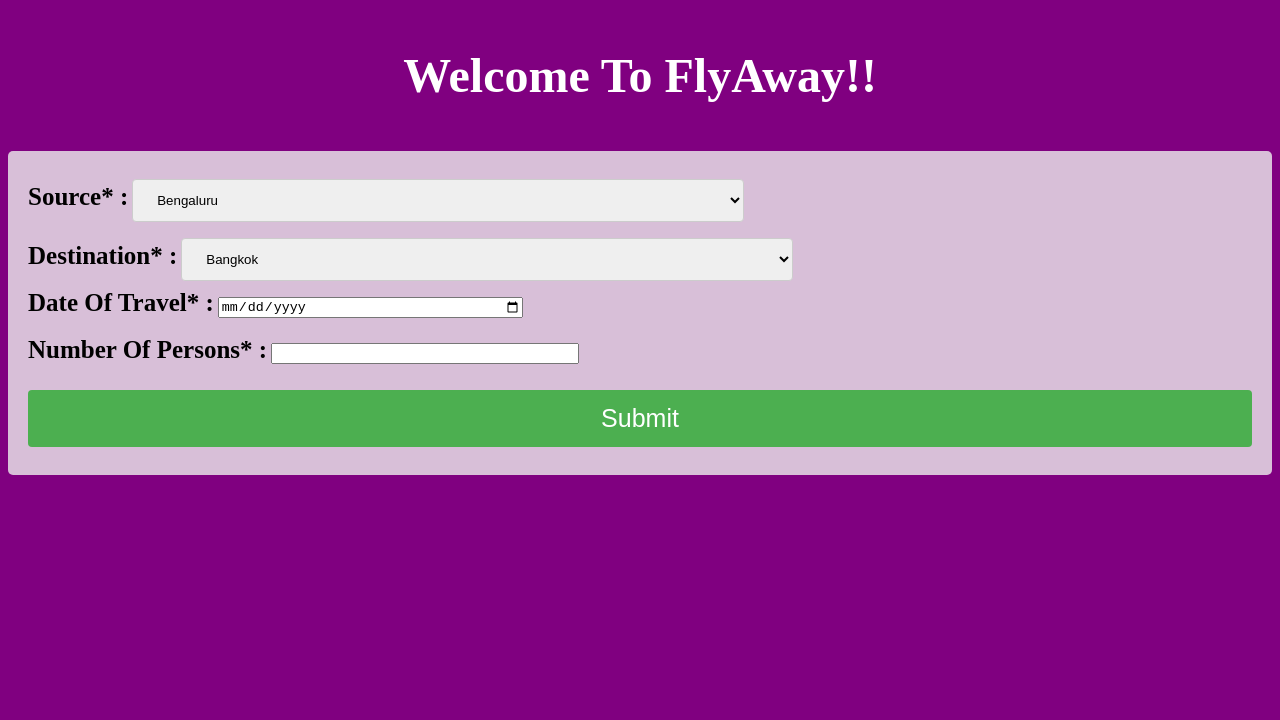
Repository: KanimozhiThandapani/Phase2AirlineBookingProject
Page: http://localhost/AirlineBooking/homepage.jsp
The author's editor kept a copy of each file at every save. The page is drawn from the files as they stood at one save, then again after the next save.
The browser window is 1280 px wide. The pictures show the whole page.
The page is served by Tomcat 9. Other server files are loaded and not shown.

Above is the page before, as saved 2022-04-22 10:40:27.

### AirlineBooking/WebContent/homepage.jsp
<!DOCTYPE html>
<html>
<style>
input[type=text], select {
  width: 50%;
  padding: 12px 20px;
  margin: 8px 0;
  display: inline-block;
  border: 1px solid #ccc;
  border-radius: 4px;
  box-sizing: border-box;
}

input[type=submit] {
  width: 100%;
  background-color: #4CAF50;
  color: white;
  padding: 14px 20px;
  margin: 8px 0;
  border: none;
  border-radius: 4px;
  cursor: pointer;
  text-align: center;
}

input[type=submit]:hover {
  background-color: #45a049;
  text-align: center;
}

div {
  border-radius: 5px;
  background-color: thistle;
  padding: 20px;
}

h3 {
  text-align: center;
  font-size: 3em;
  color: white;
}
</style>
<body style="background-color:purple;">


<h3>Welcome To FlyAway!!</h3>

<div>
  <form action="flightDetails" method="get">

    <label for="source" style="font-size: 25px"><strong>Source* :</strong></label>
    <select id="source" name="source">
      <option value="bengaluru">Bengaluru</option>
      <option value="chennai">Chennai</option>
      <option value="kochi">Kochi</option>
      <option value="mumbai">Mumbai</option>
    </select><br>

    <label for="destination" style="font-size: 25px"><strong>Destination* :</strong></label>
    <select id="destination" name="destination">
      <option value="bangkok">Bangkok</option>
      <option value="bengaluru">Bengaluru</option>
      <option value="mumbai">Mumbai</option>
      <option value="newDelhi">New Delhi</option>
    </select><br>

    <label for="dateOfTravel" style="font-size: 25px"><strong>Date Of Travel* :</strong></label>
    <input type="date" id="dot" name="dot" style="width: 300px;" required><br><br>

    <label for="numberOfPersons" style="font-size: 25px"><strong>Number Of Persons* :</strong></label>
    <input type="number" name="numberOfPersons" style="width: 300px;" required><br><br>

    <input type="submit" value="Submit" style="font-size: 25px">
  </form>
</div>

</body>
</html>

After the next save:
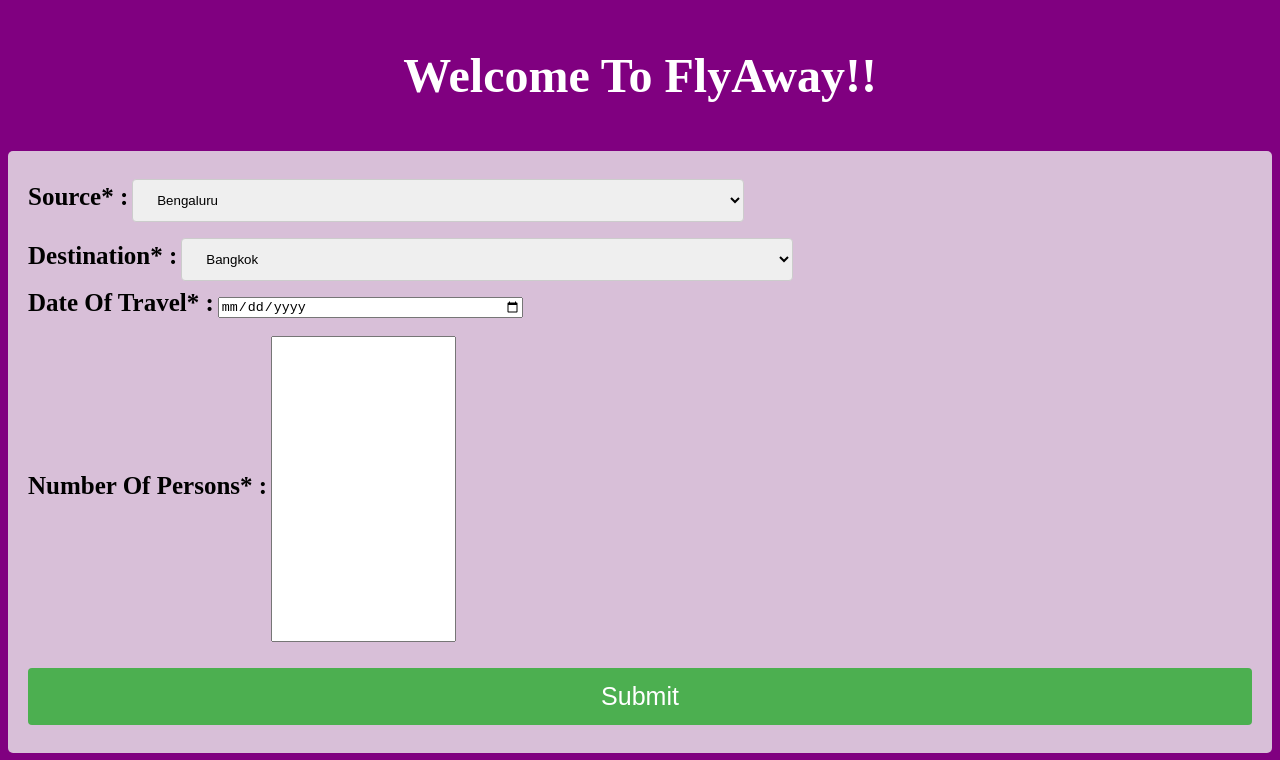
Saved 69 s later.
--- a/AirlineBooking/WebContent/homepage.jsp
+++ b/AirlineBooking/WebContent/homepage.jsp
@@ -68,7 +68,7 @@ h3 {
     <input type="date" id="dot" name="dot" style="width: 300px;" required><br><br>
 
     <label for="numberOfPersons" style="font-size: 25px"><strong>Number Of Persons* :</strong></label>
-    <input type="number" name="numberOfPersons" style="width: 300px;" required><br><br>
+    <input type="number" name="numberOfPersons" style="height: 300px;" required><br><br>
 
     <input type="submit" value="Submit" style="font-size: 25px">
   </form>
